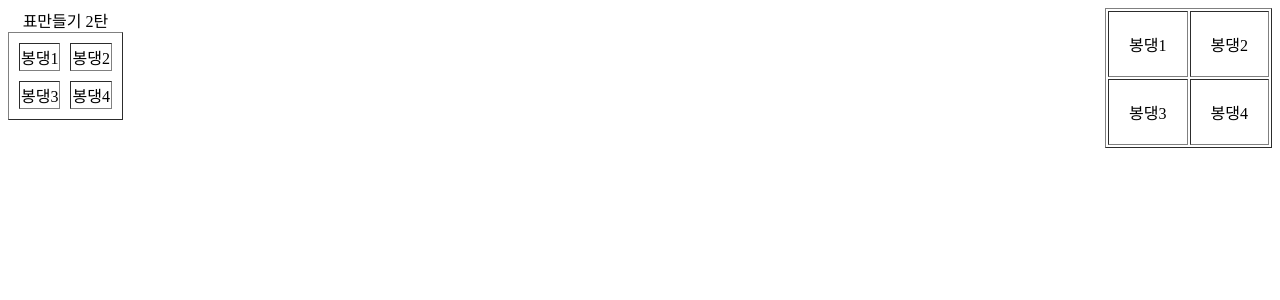
Repository: kisunssong/jsp
Page: http://localhost/test/table2.jsp
These files come from the project's save history. The page is drawn as it stood at one moment and after the next save; the edit follows.
The browser window is 1280 px wide. The pictures show the whole page.
The page is served by Tomcat 9.

Above is the page before, as saved 2020-10-28 14:28:04.

### test/WebContent/table2.jsp
<%@ page language="java" contentType="text/html; charset=EUC-KR"
    pageEncoding="EUC-KR"%>
<HTML>
<HEAD><TITLE>표만들기 2탄</TITLE></HEAD>
<TABLE BORDER="1" ALIGN="LEFT" CELLSPACING="10">
<!-- CELLSPACING 은 첫테두리와 문자가 들어간 테두리 간격차  -->
<CAPTION ALIGN="TOP">표만들기 2탄</CAPTION>
<!-- 표 제목은 해당 TABLE 바로 밑에 태그달기 -->
<TR><TD>봉댕1<TD>봉댕2</TR>
<TR><TD>봉댕3<TD>봉댕4</TR>
</TABLE><P>

<TABLE BORDER="1" ALIGN="RIGHT" CELLPADDING="20" >
<!-- CELLPADDING 은 테두리와 글자사이 공간이 넓어진다 -->
<TR><TD>봉댕1<TD>봉댕2</TR>
<TR><TD>봉댕3<TD>봉댕4</TR>
</TABLE>
</HTML>

After the next save:
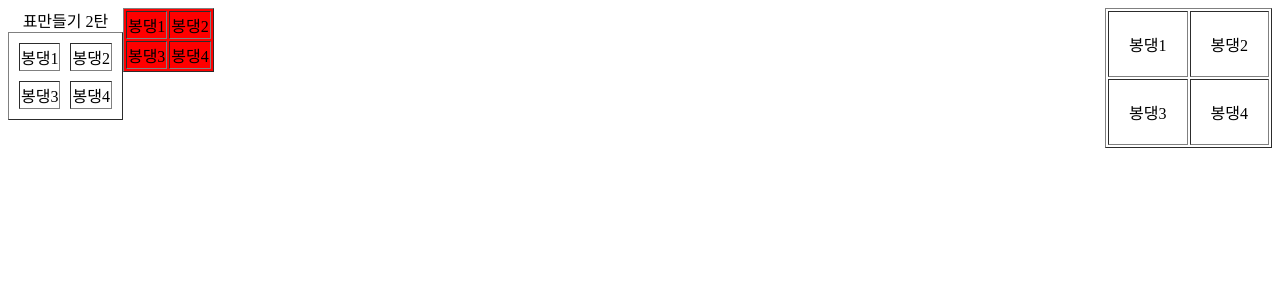
Saved 106 s later.
--- a/test/WebContent/table2.jsp
+++ b/test/WebContent/table2.jsp
@@ -15,4 +15,9 @@
 <TR><TD>봉댕1<TD>봉댕2</TR>
 <TR><TD>봉댕3<TD>봉댕4</TR>
 </TABLE>
+
+<TABLE BORDER ="1" BGCOLOR="RED">
+<TR><TD>봉댕1<TD>봉댕2</TR>
+<TR><TD>봉댕3<TD>봉댕4</TR>
+</TABLE>
 </HTML>
